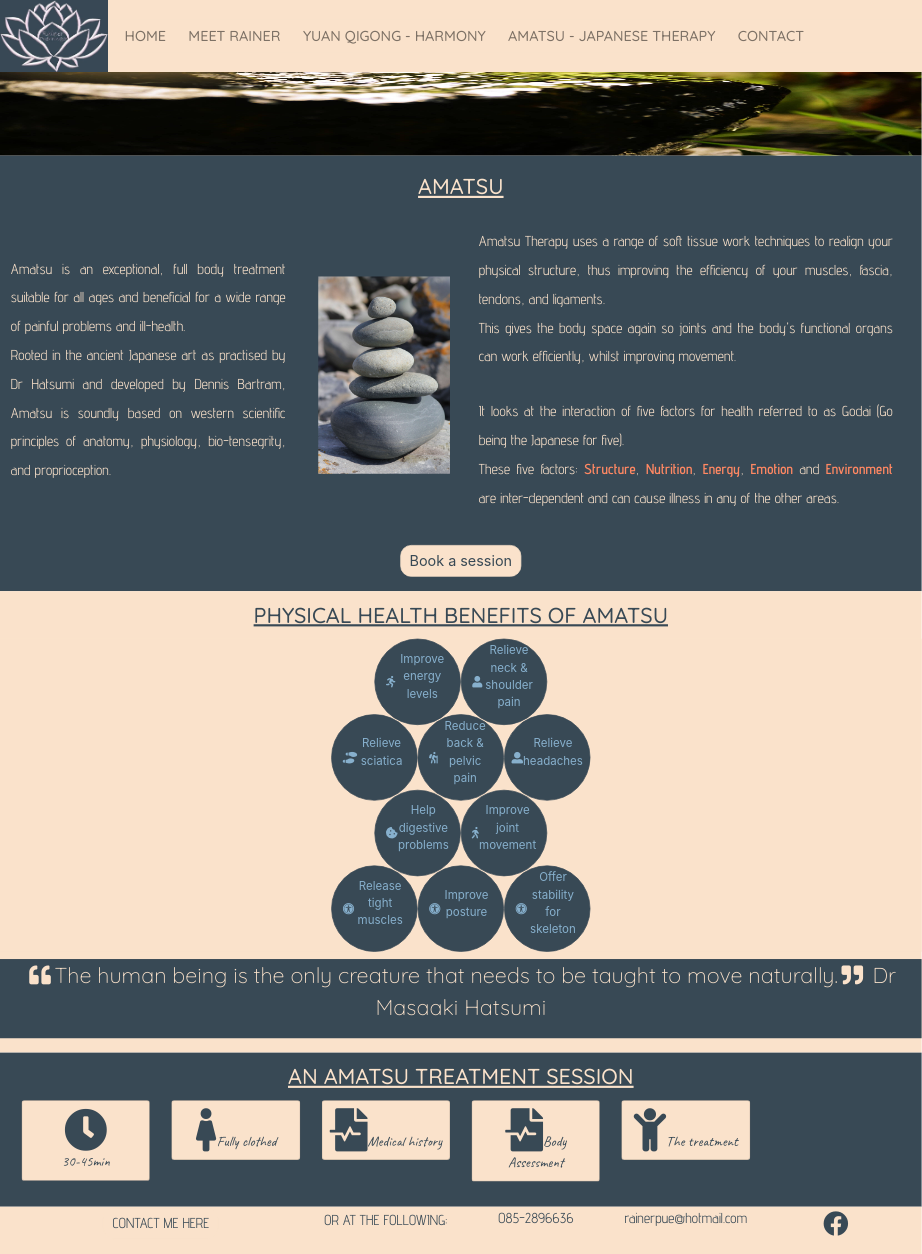
Repository: rainerpue/practitioner_website
Page: amatsu.html
The author's editor kept a record of every edit. The page is drawn from the files as they stood at one moment, then again after the next edit.
The browser window is 1280 px wide. The pictures show the whole page, at 72% of full size.
Some web libraries are served in a nearby version.

Above is the page before.

After the next edit:
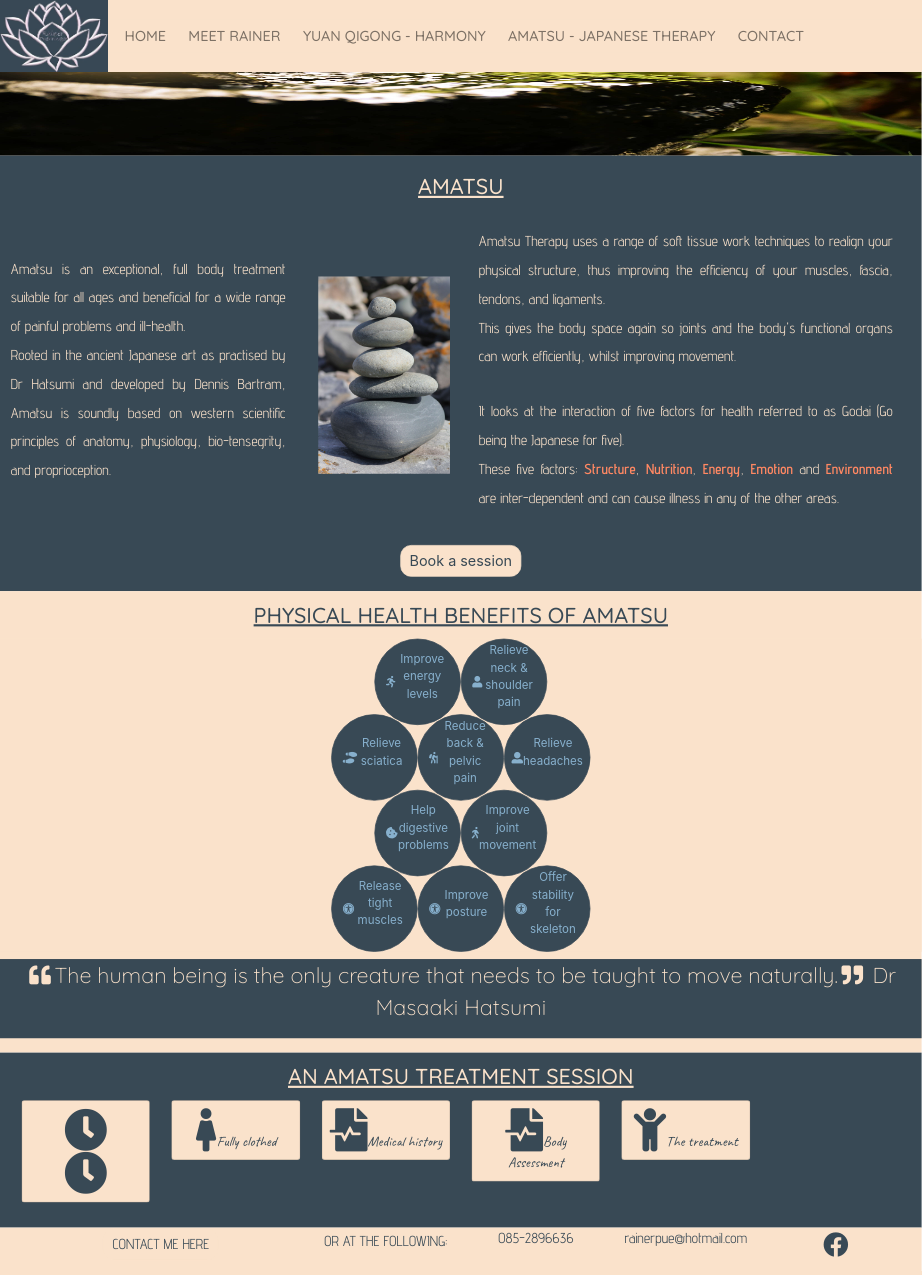
The edit:
--- a/amatsu.html
+++ b/amatsu.html
@@ -181,7 +181,12 @@
                                     <i class="fa fa-clock"></i>
                                 </div>
                             </div>
-                            <span class="card-text">30-45min</span>
+                            <div class="row">
+                                <div class="col-12">
+                                    <i class="fa fa-clock"></i>
+                                </div>
+                            </div>
+
                         </div>
                     </div>
                 </div>

After the edit that followed:
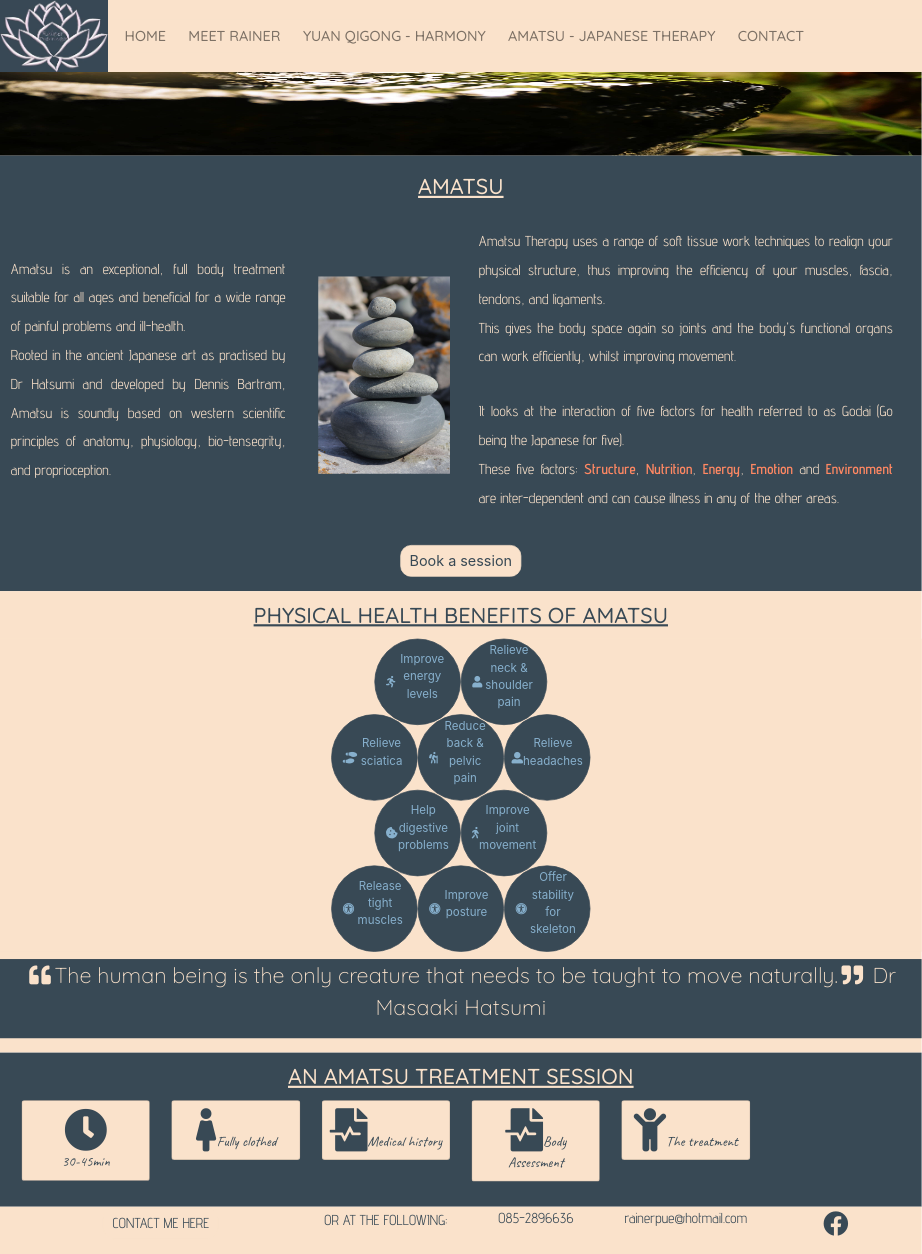
The edit:
--- a/amatsu.html
+++ b/amatsu.html
@@ -183,7 +183,7 @@
                             </div>
                             <div class="row">
                                 <div class="col-12">
-                                    <i class="fa fa-clock"></i>
+                                    <span class="card-text">30-45min</span>
                                 </div>
                             </div>
 
